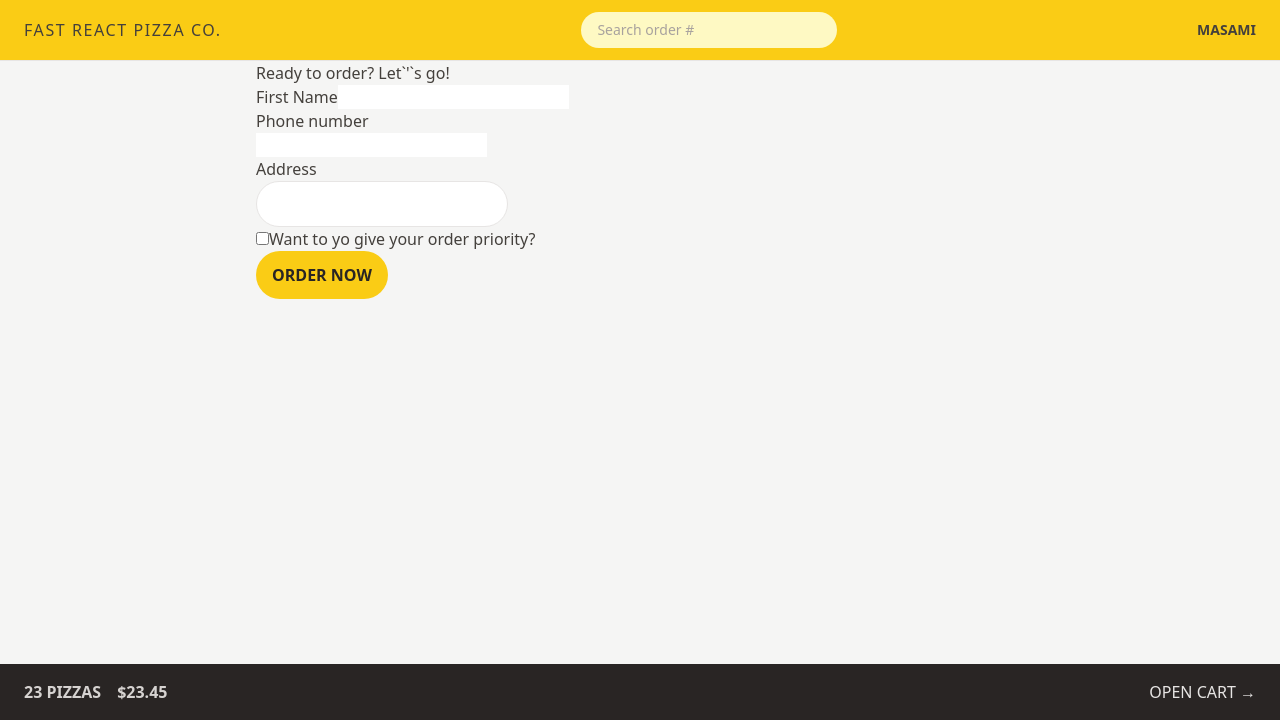
Repository: masamichan/pizza-vite
Page: /order/new
An editor plug-in stored every save of this project. The page is shown before and after the next save, followed by the edit.
The browser window is 1280 px wide. The pictures show the whole page.
The project was rebuilt for these pictures with package versions that can differ from the ones it lists, and the page was loaded fresh each time. Also part of the build but not shown: vite.config.js, src/ui/Home.jsx, src/utils/helpers.js, src/features/menu/MenuItem.jsx, src/features/menu/Menu.jsx, src/features/cart/Cart.jsx, src/features/order/Order.jsx, src/ui/Loader.jsx and 1 more. Imported but missing from the stored project, and not drawn on this page: src/features/user/CreateUser.

Above is the page before, as saved 2023-12-22 13:04:15.

After the next save:
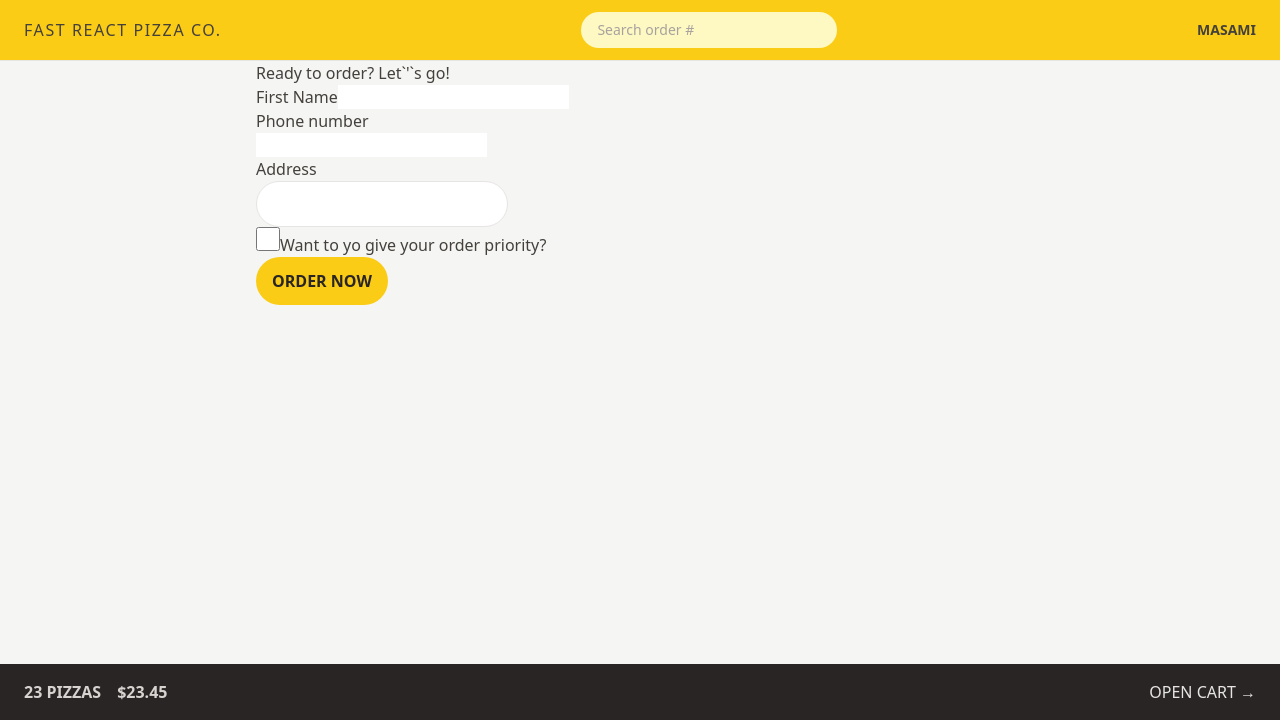
Saved 2 min 21 s later.
--- a/src/features/order/CreateOrder.jsx
+++ b/src/features/order/CreateOrder.jsx
@@ -76,6 +76,7 @@ function CreateOrder() {
 
         <div>
           <input
+            className="h-6 w-6 accent-yellow-400"
             type="checkbox"
             name="priority"
             id="priority"
